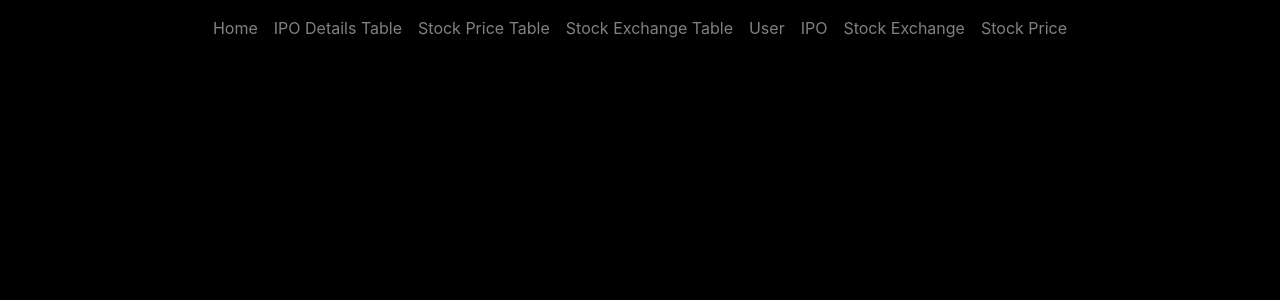
Repository: Gurudutt-S/cts-training
Page: http://localhost/StockExchangeChartingWeb/WEB-INF/views/stockPrices.jsp
The author's editor kept a copy of each file at every save. The page is drawn from the files as they stood at one save, then again after the next save.
The browser window is 1280 px wide. The pictures show the whole page.
The page is served by Tomcat 9. Nobody is signed in. Other server files are loaded and not shown. The template is opened directly, without the code that normally fills it, so the values that code supplies are empty.

Above is the page before, as saved 2020-02-13 05:01:28.
Console error (its wording comes from the project's code and is left out).

### Day_37/StockExchangeChartingWeb/src/main/webapp/WEB-INF/views/stockPrices.jsp
<%@include file="header.jsp" %>



</body>
</html>

### Day_37/StockExchangeChartingWeb/src/main/webapp/WEB-INF/views/header.jsp
<%@ page isELIgnored="false"%>
<%@ taglib uri="http://java.sun.com/jsp/jstl/core" prefix="c"%>
<html>
<head>
<link rel="stylesheet"
	href="https://stackpath.bootstrapcdn.com/bootstrap/4.4.1/css/bootstrap.min.css"
	integrity="sha384-Vkoo8x4CGsO3+Hhxv8T/Q5PaXtkKtu6ug5TOeNV6gBiFeWPGFN9MuhOf23Q9Ifjh"
	crossorigin="anonymous">
<script
	src="https://stackpath.bootstrapcdn.com/bootstrap/4.4.1/js/bootstrap.min.js"
	integrity="sha384-wfSDF2E50Y2D1uUdj0O3uMBJnjuUD4Ih7YwaYd1iqfktj0Uod8GCExl3Og8ifwB6"
	crossorigin="anonymous"></script>


</head>
<body style="color: white; background-color: black;">

	<nav class="navbar navbar-expand-lg navbar-dark ">
		<div class="collapse navbar-collapse">
			<ul class="navbar-nav mx-auto">
				<li class="nav-item"><a href="home" class="nav-link">Home</a></li>
				<li class="nav-item"><a href="ipoDetails" class="nav-link">IPO
						Details Table</a></li>
				<li class="nav-item"><a href="stockPrice" class="nav-link">Stock
						Price Table</a></li>
				<li class="nav-item"><a href="stockExchange" class="nav-link">Stock
						Exchange Table</a></li>
				<li class="nav-item"><a href="user-home" class="nav-link">User
						</a></li>
				<li class="nav-item"><a href="ipo-home" class="nav-link">IPO
						</a></li>
				<li class="nav-item"><a href="stockExchange-home" class="nav-link">Stock Exchange
						</a></li>
				<li class="nav-item"><a href="stockPrice-home" class="nav-link">Stock Price</a> </li>
			</ul>
		</div>
	</nav>

	<hr>

</body>
</html>

After the next save:
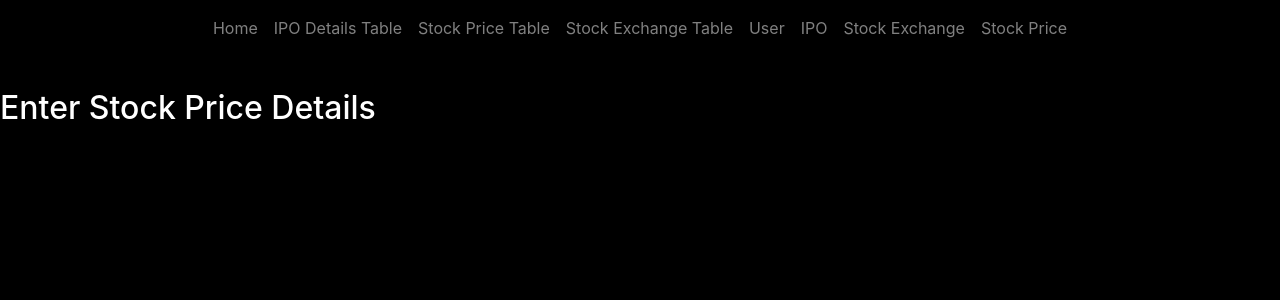
Saved 2 min 11 s later.
--- a/Day_37/StockExchangeChartingWeb/src/main/webapp/WEB-INF/views/stockPrices.jsp
+++ b/Day_37/StockExchangeChartingWeb/src/main/webapp/WEB-INF/views/stockPrices.jsp
@@ -1,6 +1,6 @@
 <%@include file="header.jsp" %>
 
-
+<h2>Enter Stock Price Details</h2>
 
 </body>
 </html>
